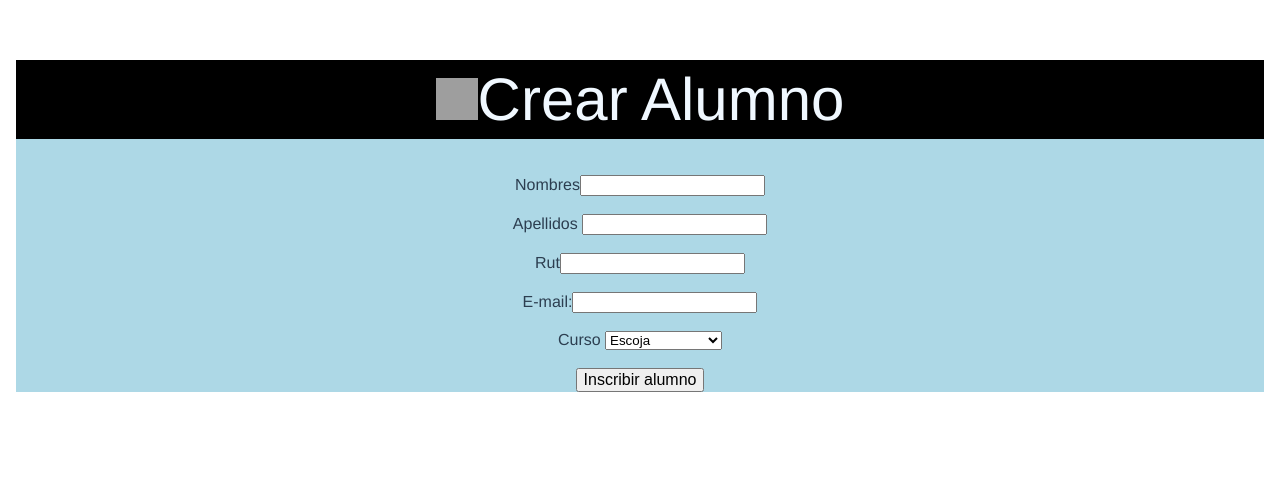
Repository: franciscamanquecheo/Tarea6ET
Page: / (app in my-project/)
These files come from the project's save history. The page is drawn as it stood at one moment and after the next save; the edit follows.
The browser window is 1280 px wide. The pictures show the whole page.
Pictures or frames that could not be fetched are drawn as grey boxes. The project was rebuilt for these pictures with package versions that can differ from the ones it lists, and the page was loaded fresh each time. Also part of the build but not shown: my-project/vue.config.js.

Above is the page before, as saved 2022-06-19 23:32:23.

After the next save:
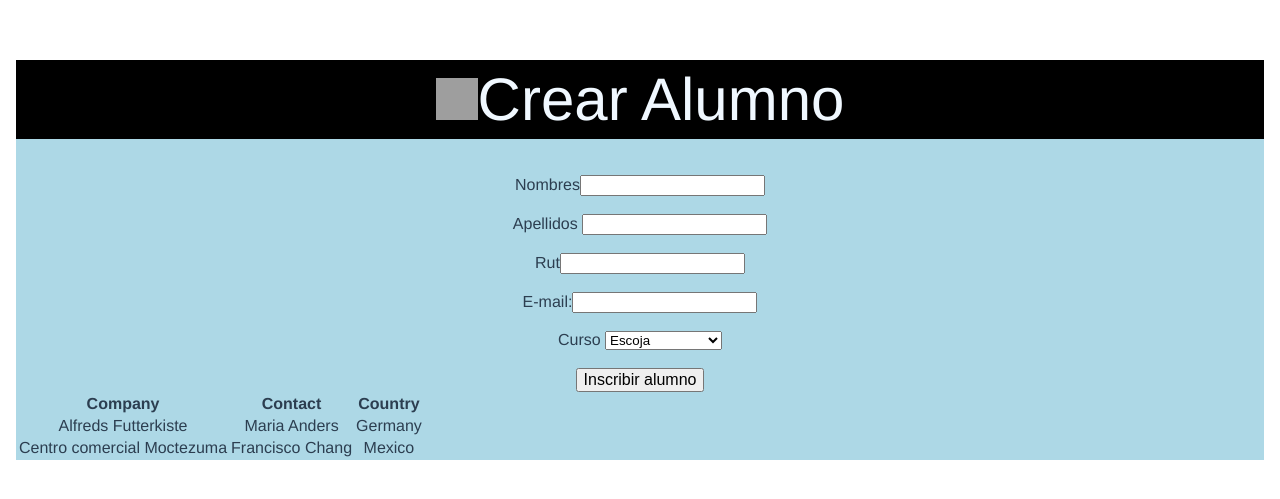
Saved 105 s later.
--- a/my-project/src/components/HelloWorld.vue
+++ b/my-project/src/components/HelloWorld.vue
@@ -39,7 +39,23 @@
           <button type="submit" class="btn btn-primary">Inscribir alumno</button>
 
       </form>
-
+      <table>
+  <tr>
+    <th>Company</th>
+    <th>Contact</th>
+    <th>Country</th>
+  </tr>
+  <tr>
+    <td>Alfreds Futterkiste</td>
+    <td>Maria Anders</td>
+    <td>Germany</td>
+  </tr>
+  <tr>
+    <td>Centro comercial Moctezuma</td>
+    <td>Francisco Chang</td>
+    <td>Mexico</td>
+  </tr>
+</table>
   </body>
 </template>
 
